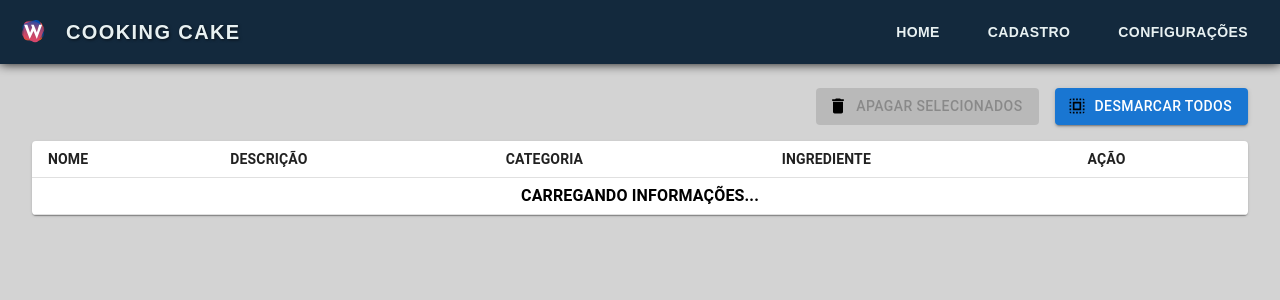
Repository: oZanella/projeto_windel_web_CRM
Page: /
These files come from the project's save history. The page is drawn as it stood at one moment and after a run of saves; the edit follows.
The browser window is 1280 px wide. The pictures show the whole page.
The page's requests for data from a server got no answer. The project was rebuilt for these pictures with package versions that can differ from the ones it lists, and the page was loaded fresh each time. No one was signed in, and anything a server would have sent is missing. Also part of the build but not shown: vite.config.js, src/routes/Configuracoes.jsx. Imported but missing from the stored project, and not drawn on this page: src/routes/Cadastro.jsx.

Above is the page before, as saved 2024-08-19 10:36:31.

### index.html
<!doctype html>
<html lang="en">

<head>
  <meta charset="UTF-8" />
  <link rel="icon" type="image/svg+xml" href="./src/image/LogoWindel.svg" />
  <link rel="stylesheet" href="src/style/GlobalStyles.css" />
  <link href="https://fonts.googleapis.com/css2?family=Playfair+Display&display=swap" rel="stylesheet">

  <meta name="viewport" content="width=device-width, initial-scale=1.0" />
  <title>Projeto Teste - CRM </title>
</head>

<body>
  <div id="root"></div>
  <script type="module" src="/src/main.jsx"></script>
</body>

</html>

### src/style/GlobalStyles.css
:root {
  --click: #7fa8c4;
  --primary: #E8F1F2;
  --darkblue: #13293D;
  --secondary: #000000;
  --ligthblue: #1b98e0;
  --animation: #006494;
  --ligthkgrey: #D3D3D3;
  --blueceledron: #247ba0;
  --delete: #FF0000;
}

* {
    color: var(--secondary);
}

body {
  background-color: var(--ligthkgrey);
}

### src/main.jsx
import { createBrowserRouter, RouterProvider, Navigate } from "react-router-dom"
import { createRoot } from 'react-dom/client'
import { StrictMode } from 'react'
import { App } from './App.jsx'

import './style/GlobalStyles.css'

//páginas do projeto
import { Cadastro } from './routes/Cadastro.jsx'
import { Home } from './routes/Home.jsx'
import { Configuracoes } from './routes/configuracoes.jsx'

const router = createBrowserRouter([
  {
    element: <App />,
    children: [
      {
        path: '/',
        element: <Navigate to="/home" replace />,
      },
      {
        path: '/home',
        element: <Home />,
      },
      {
        path: '/cadastro',
        element: <Cadastro />,
      },
      {
        path: '/configuracoes',
        element: <Configuracoes />,
      },
    ],
  },
])

createRoot(document.getElementById('root')).render(
  <StrictMode>
    <RouterProvider router={router} />
  </StrictMode>,
)

### src/App.jsx
import { Header } from './components/Header'
import { Outlet } from 'react-router-dom'
import { Box } from '@mui/material'
import './style/GlobalStyles.css'

export function App() {
  return (
    <Box sx={{ p: { xs: 2, sm: 3 }, marginTop: { xs: 8, sm: 8 } }}>
      <Header />
      <Box>
        <Outlet />
      </Box>
    </Box>
  );
}

### src/routes/Home.jsx
import React, { useEffect, useState } from 'react';
import { Box, TextField, Button, Dialog, DialogActions, DialogContent, DialogTitle, Select, MenuItem, FormControl, InputLabel } from '@mui/material';

import { handleShowDetails, handleEdit, handleSave, handleInputChange } from '../components/Handle';
import { CardDados } from '../components/TableHome';

import { blogFetch } from '../axios/config';


export const Home = () => {
  const [posts, setPosts] = useState([]);
  const [selectInfo, setSelectInfo] = useState(null);
  const [modeEdit, setModeEdit] = useState(null);
  const [dataEdit, setDataEdit] = useState({});
  const [openAddDialog, setOpenAddDialog] = useState(false);
  const [newPost, setNewPost] = useState({ name: '', description: '', category: '' });

  const getPosts = async () => {
    try {
      const response = await blogFetch.get("/recipe");
      const uniqueData = response.data.filter((value, index, self) =>
        index === self.findIndex((t) => t.id === value.id)
      );
      setPosts(uniqueData); // Garante que não tenha dados duplicados
    } catch (error) {
      console.log(error);
    }
  };

  useEffect(() => {
    getPosts();
  }, []);

  const handleDelete = async (postId) => {
    try {
      await blogFetch.delete(`/recipe/${postId}`);
      setPosts(posts.filter(post => post.id !== postId));
      console.log('Post deletado com sucesso');
    } catch (error) {
      console.error('Erro ao deletar o post', error);
    }
  };

  const handleAddOpen = () => setOpenAddDialog(true);
  const handleAddClose = () => setOpenAddDialog(false);

  {/* API para envio do novo registro*/ }
  const handleAdd = async () => {
    try {
      const newPostFormatted = {
        name: newPost.name,
        description: newPost.description,
        ingredients: [],
        category: newPost.category,
        isFavorite: newPost.isFavorite
      };

      const response = await blogFetch.post("/recipe", newPostFormatted);
      setPosts([...posts, response.data]);
      setNewPost({ name: '', description: '', category: '', isFavorite: false });
      handleAddClose();
      console.log('Post adicionado com sucesso');
    } catch (error) {
      console.error('Erro ao adicionar o post', error);
    }
  };

  return (
    <Box>
      {/* Dados para Adicionar Novo Registro */}
      <Dialog open={openAddDialog} onClose={handleAddClose}>
        <DialogTitle>Adicionar Novo Registro</DialogTitle>
        <DialogContent>
          <TextField
            name="name"
            label="Nome"
            value={newPost.name}
            onChange={(e) => setNewPost({ ...newPost, name: e.target.value })}
            fullWidth
            sx={{ marginBottom: 2 }}
          />
          <TextField
            name="description"
            label="Descrição"
            value={newPost.description}
            onChange={(e) => setNewPost({ ...newPost, description: e.target.value })}
            fullWidth
            sx={{ marginBottom: 2 }}
          />
          <TextField
            name="category"
            label="Categoria"
            value={newPost.category}
            onChange={(e) => setNewPost({ ...newPost, category: e.target.value })}
            fullWidth
            sx={{ marginBottom: 2 }}
          />
          <FormControl fullWidth sx={{ marginBottom: 2 }}>
            <InputLabel>Favorito</InputLabel>
            <Select
              name="isFavorite"
              value={newPost.isFavorite}
              onChange={(e) => setNewPost({ ...newPost, isFavorite: e.target.value })}
              label="Favorito"
            >
              <MenuItem value={true}>Sim</MenuItem>
              <MenuItem value={false}>Não</MenuItem>

            </Select>
          </FormControl>
        </DialogContent>
        <DialogActions>
          <Button onClick={handleAddClose}>Cancelar</Button>
          <Button onClick={handleAdd}>Adicionar</Button>
        </DialogActions>
      </Dialog>

      <CardDados
        posts={posts}
        handleDelete={handleDelete}
        handleEdit={handleEdit}
        handleSave={handleSave}
        modeEdit={modeEdit}
        setModeEdit={setModeEdit}
        dataEdit={dataEdit}
        setDataEdit={setDataEdit}
        handleInputChange={handleInputChange}
        selectInfo={selectInfo}
        setSelectInfo={setSelectInfo}
        handleShowDetails={handleShowDetails}
      />
    </Box>
  );
};

### src/components/Header.jsx
import { AppBar, Toolbar, Typography, Box, Button, IconButton } from '@mui/material';
import Logo from '../image/LogoWindel.svg';
import { Link } from 'react-router-dom';
import React from 'react';

export const Header = () => {
  return (
    // Header fundo 1 //
    <AppBar
      position="fixed"
      sx={{
        width: '100%',
        boxShadow: '0px 0.01px 11px var(--secondary)',
        top: 0,
        left: 0,
      }}
    >

      {/* Header fundo 2 */}
      <Toolbar
        sx={{
          display: 'flex',
          alignItems: 'center',
          padding: { xs: '0px', sm: '0px' },
          justifyContent: 'space-between',
          height: '64px',
          minHeight: '64px',
          backgroundColor: 'var(--darkblue)',
          boxSizing: 'border-box',
        }}
      >
        {/* Logo da principal */}
        <IconButton
          to={`/home`}
          edge="start"
          sx={{
            ml: { xs: 0 },
            cursor: 'default',
          }}
          component={Link}
          aria-label="logo"
        >
          <img src={Logo} alt="Logo" style={{ width: '50px', height: '40px' }} />
        </IconButton>

        {/* Titulo da pagina */}
        <Typography
          variant="h6"
          sx={{
            display: { xs: 'none', sm: 'block' },
            color: 'var(--primary)',
            fontWeight: 'bold',
            letterSpacing: '0.07em',
            textTransform: 'uppercase',                 //text em maiusculo
            textShadow: '1px 1px 3px rgba(0,0,0,0.6)',
            fontFamily: 'Arial, serif',
            flexGrow: 1,
          }}
        >
          Cooking Cake
        </Typography>

        {/* Botões */}
        <Box
          sx={{
            mr: { xs: 0, sm: 2 },
            gap: 2,
            display: 'flex',
            alignItems: 'center',
            flexGrow: { xs: 1, sm: 0 },
            justifyContent: { xs: 'center' },
          }}
        >
          <Button
            variant="text"
            component={Link}
            to={`/home`}
            sx={{
              position: 'relative',
              color: 'var(--primary)',
              fontWeight: 'bold',
              textTransform: 'uppercase',
              fontFamily: 'Arial, serif',
              padding: '8px 16px',
              border: 'none',
              textDecoration: 'none',
              backgroundColor: 'transparent',
              '&:before': {
                content: '""',
                position: 'absolute',
                left: 0,
                bottom: 0,
                width: '100%',
                height: '2px',
                backgroundColor: 'var(--primary)',
                transform: 'scaleX(0)',
                transformOrigin: 'bottom right',
                transition: 'transform 0.3s ease',
              },
              '&:hover:before': {
                transform: 'scaleX(1)',
                transformOrigin: 'bottom left',
              },
              '&:focus': {
                outline: 'none',
              },
            }}
          >
            Home
          </Button>
          <Button
            variant="text"
            component={Link}
            to={`/cadastro`}
            sx={{
              position: 'relative',
              color: 'var(--primary)',
              fontWeight: 'bold',
              textTransform: 'uppercase',
              fontFamily: 'Arial, serif',
              padding: '8px 16px',
              border: 'none',
              textDecoration: 'none',
              backgroundColor: 'transparent',
              '&:before': {
                content: '""',
                position: 'absolute',
                left: 0,
                bottom: 0,
                width: '100%',
                height: '2px',
                backgroundColor: 'var(--primary)',
                transform: 'scaleX(0)',
                transformOrigin: 'bottom right',
                transition: 'transform 0.3s ease',
              },
              '&:hover:before': {
                transform: 'scaleX(1)',
                transformOrigin: 'bottom left',
              },
              '&:focus': {
                outline: 'none',
              },
            }}
          >
            Cadastro
          </Button>
          <Button
            variant="text"
            component={Link}
            to={`/configuracoes`}
            sx={{
              position: 'relative',
              color: 'var(--primary)',
              fontWeight: 'bold',
              textTransform: 'uppercase',
              fontFamily: 'Arial, serif',
              padding: '8px 16px',
              border: 'none',
              textDecoration: 'none',
              backgroundColor: 'transparent',
              '&:before': {
                content: '""',
                position: 'absolute',
                left: 0,
                bottom: 0,
                width: '100%',
                height: '2px',
                backgroundColor: 'var(--primary)',
                transform: 'scaleX(0)',
                transformOrigin: 'bottom right',
                transition: 'transform 0.3s ease',
              },
              '&:hover:before': {
                transform: 'scaleX(1)',
                transformOrigin: 'bottom left',
              },
              '&:focus': {
                outline: 'none',
              },
            }}
          >
            Configurações
          </Button>
        </Box>
      </Toolbar>
    </AppBar>
  );
};

### src/components/Handle.jsx

import { blogFetch } from '../axios/config';


export const handleShowDetails = (post, setSelectInfo, selectInfo) => {
  if (selectInfo?.id === post.id) {
    setSelectInfo(null); // Fecha se já estiver aberto
  } else {
    setSelectInfo(post); // Abre o post atual
  }
};

export const handleEdit = (post, setModeEdit, setDataEdit) => {
  setModeEdit(post.id);
  setDataEdit(post);
};

//continua com erro, verificar!!
export const handleSave = async (postId, updateData) => {
  try {
    // Envie uma requisição PUT ou POST para salvar os dados atualizados
    const response = await blogFetch.put(`/blogFetch/posts/${postId}`, updateData);
    console.log('Dados salvos com sucesso', response.data);

  } catch (error) {
    console.error('Erro de API', error);
  }
};

export const handleInputChange = (e, setDataEdit) => {
  setDataEdit(prevDataEdit => ({ ...prevDataEdit, [e.target.name]: e.target.value }));
};

### src/axios/config.jsx
// src/axios/config.js
import axios from 'axios';

export const blogFetch = axios.create({
  baseURL: 'https://teste-tecnico-front-api.up.railway.app',
  headers: {
    'Content-Type': 'application/json',
  },
});

Loaded but not shown: src/components/TableHome.jsx (300 lines, source omitted)

After the next 2 saves:
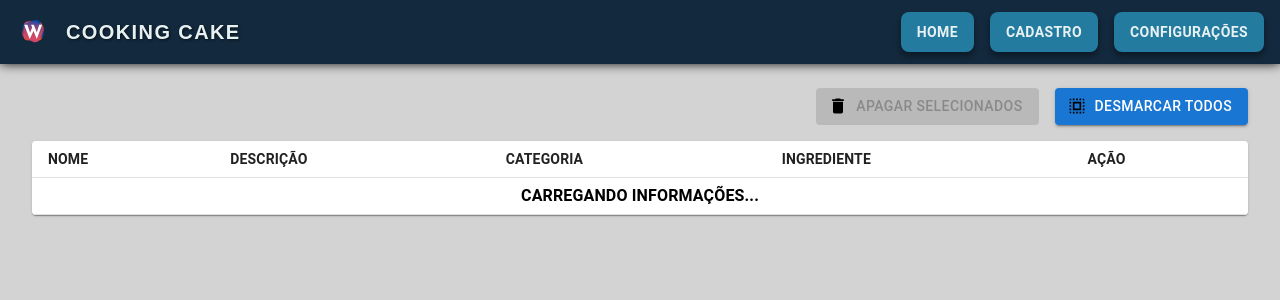
The 2 saves are shown as one change because they came seconds apart.
The last was saved 41 s later.
--- a/src/components/Header.jsx
+++ b/src/components/Header.jsx
@@ -5,6 +5,7 @@ import React from 'react';
 
 export const Header = () => {
   return (
+
     // Header fundo 1 //
     <AppBar
       position="fixed"
@@ -69,119 +70,30 @@ export const Header = () => {
             alignItems: 'center',
             flexGrow: { xs: 1, sm: 0 },
             justifyContent: { xs: 'center' },
+            '& .MuiButton-root': {
+              backgroundColor: 'var(--blueceledron)',
+              color: 'var(--primary)',
+              borderRadius: '8px',
+              boxShadow: '0 4px 6px rgba(0, 0, 0, 0.4)',
+              padding: '8px 16px',
+              fontWeight: 'bold',
+              textTransform: 'uppercase',
+              transition: 'background-color 0.3s, transform 0.3s',
+
+              // Animação
+              '&:hover': {
+                backgroundColor: 'var(--animation)',
+                transform: 'scale(1.07)',
+              },
+              '&:active': {
+                backgroundColor: 'var(--click)',
+              },
+            },
           }}
         >
-          <Button
-            variant="text"
-            component={Link}
-            to={`/home`}
-            sx={{
-              position: 'relative',
-              color: 'var(--primary)',
-              fontWeight: 'bold',
-              textTransform: 'uppercase',
-              fontFamily: 'Arial, serif',
-              padding: '8px 16px',
-              border: 'none',
-              textDecoration: 'none',
-              backgroundColor: 'transparent',
-              '&:before': {
-                content: '""',
-                position: 'absolute',
-                left: 0,
-                bottom: 0,
-                width: '100%',
-                height: '2px',
-                backgroundColor: 'var(--primary)',
-                transform: 'scaleX(0)',
-                transformOrigin: 'bottom right',
-                transition: 'transform 0.3s ease',
-              },
-              '&:hover:before': {
-                transform: 'scaleX(1)',
-                transformOrigin: 'bottom left',
-              },
-              '&:focus': {
-                outline: 'none',
-              },
-            }}
-          >
-            Home
-          </Button>
-          <Button
-            variant="text"
-            component={Link}
-            to={`/cadastro`}
-            sx={{
-              position: 'relative',
-              color: 'var(--primary)',
-              fontWeight: 'bold',
-              textTransform: 'uppercase',
-              fontFamily: 'Arial, serif',
-              padding: '8px 16px',
-              border: 'none',
-              textDecoration: 'none',
-              backgroundColor: 'transparent',
-              '&:before': {
-                content: '""',
-                position: 'absolute',
-                left: 0,
-                bottom: 0,
-                width: '100%',
-                height: '2px',
-                backgroundColor: 'var(--primary)',
-                transform: 'scaleX(0)',
-                transformOrigin: 'bottom right',
-                transition: 'transform 0.3s ease',
-              },
-              '&:hover:before': {
-                transform: 'scaleX(1)',
-                transformOrigin: 'bottom left',
-              },
-              '&:focus': {
-                outline: 'none',
-              },
-            }}
-          >
-            Cadastro
-          </Button>
-          <Button
-            variant="text"
-            component={Link}
-            to={`/configuracoes`}
-            sx={{
-              position: 'relative',
-              color: 'var(--primary)',
-              fontWeight: 'bold',
-              textTransform: 'uppercase',
-              fontFamily: 'Arial, serif',
-              padding: '8px 16px',
-              border: 'none',
-              textDecoration: 'none',
-              backgroundColor: 'transparent',
-              '&:before': {
-                content: '""',
-                position: 'absolute',
-                left: 0,
-                bottom: 0,
-                width: '100%',
-                height: '2px',
-                backgroundColor: 'var(--primary)',
-                transform: 'scaleX(0)',
-                transformOrigin: 'bottom right',
-                transition: 'transform 0.3s ease',
-              },
-              '&:hover:before': {
-                transform: 'scaleX(1)',
-                transformOrigin: 'bottom left',
-              },
-              '&:focus': {
-                outline: 'none',
-              },
-            }}
-          >
-            Configurações
-          </Button>
+          <Button variant="contained" component={Link} to={`/home`}>Home</Button>
+          <Button variant="contained" component={Link} to={`/cadastro`}>Cadastro</Button>
+          <Button variant="contained" component={Link} to={`/configuracoes`}>Configurações</Button>
         </Box>
       </Toolbar>
     </AppBar>
